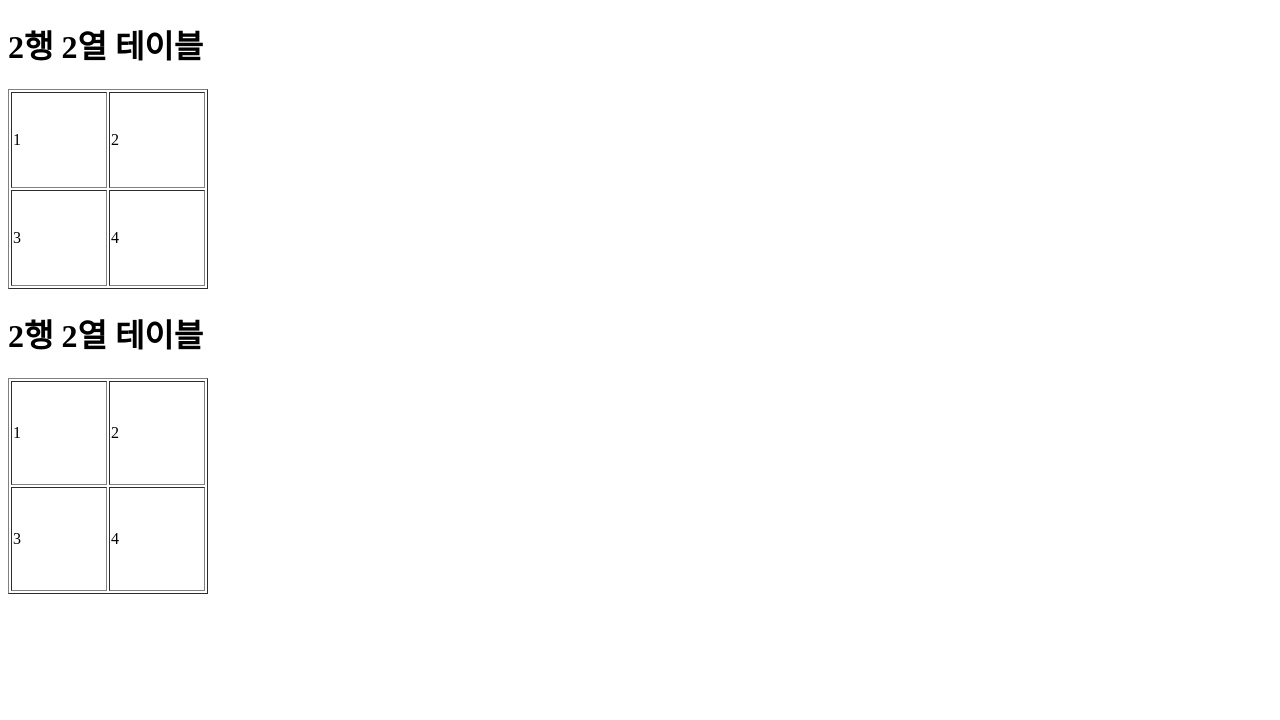
Repository: sujin9335/Front-end
Page: ClientTest/src/main/webapp/html/ex15_table.html
An editor plug-in stored every save of this project. The page is shown before and after the next save, followed by the edit.
The browser window is 1280 px wide. The pictures show the whole page.

Above is the page before, as saved 2023-09-21 00:33:03.

### ClientTest/src/main/webapp/html/ex15_table.html
<!DOCTYPE html>
<html>
<head>
<meta charset="UTF-8">
<title>Insert title here</title>
</head>
<body>

	<!--

		표, table

		1. <table>
			- 큰상자
			- 전체 컨테이너

		2. <tr>, table row
			- 중간 상자
			- 행 역할

		3. <td>, table data
			- 작은 상자
			- 쉘 역할
			- 데이털르 담는 역할



	-->


	<h1>2행 2열 테이블</h1>
	<table border="1" width="200" height="200">
		<tr>
			<td>1</td>
			<td>2</td>
		</tr>
		<tr>
			<td>3</td>
			<td>4</td>
		</tr>
	</table>



	<!-- *** 모든 셀의 너비의 합 == 테이블 너비 -->
	<!-- *** 모든 셀의 높이의 합 == 테이블 높이 -->
	<h1>2행 2열 테이블</h1>
	<table border="1" width="200" height="200">
		<tr>
			<td width="100"  height="100">1</td> <!-- width는 테이블크기 200내에서 해결함 -->
			<td width="100">2</td>
		</tr>
		<tr>
			<td height="100">3</td> <!-- heigth는 테이블크기가 늘어남 -->
			<td>4</td>
		</tr>
	</table>




</body>
</html>

After the next save:
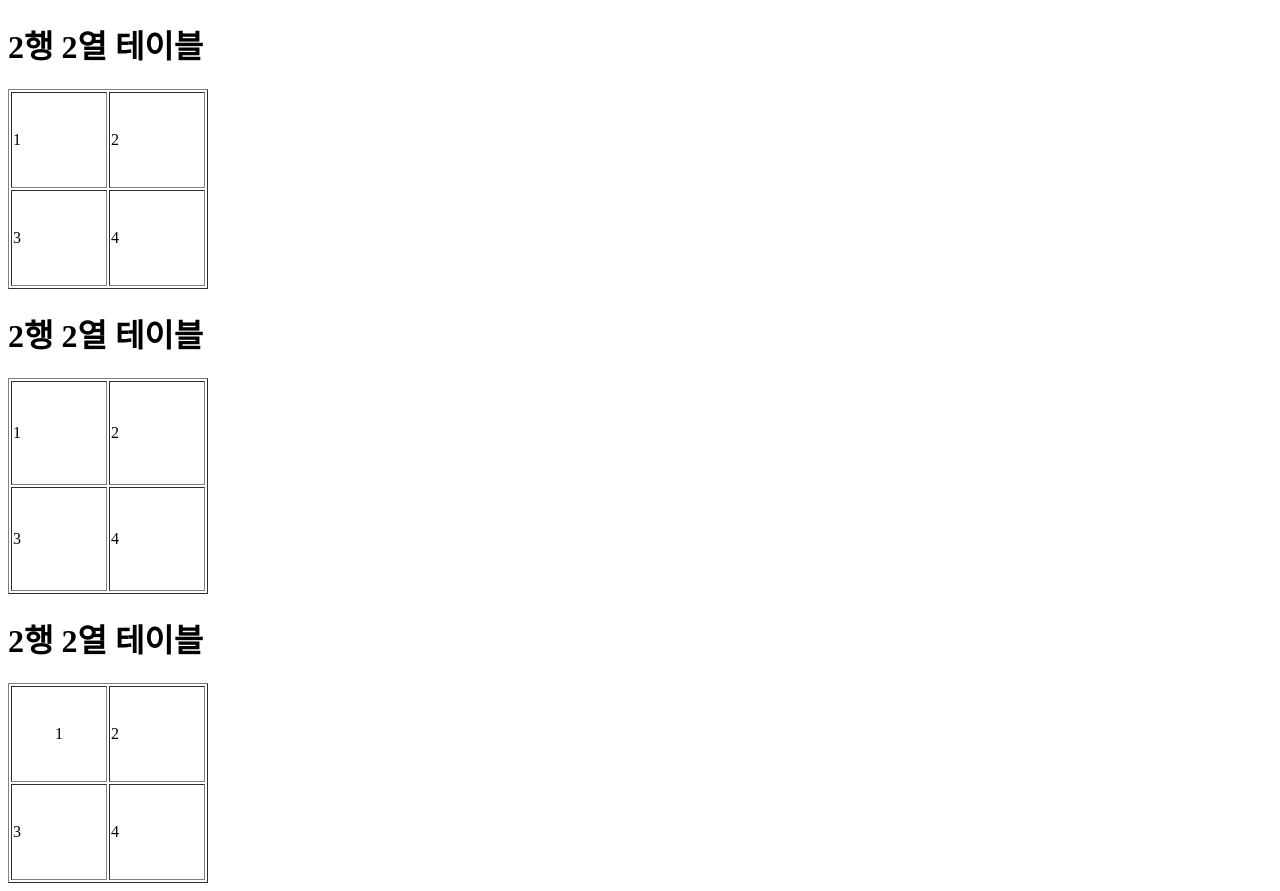
Saved 2 min 59 s later.
--- a/ClientTest/src/main/webapp/html/ex15_table.html
+++ b/ClientTest/src/main/webapp/html/ex15_table.html
@@ -57,6 +57,18 @@
 	</table>
 
 
+	<h1>2행 2열 테이블</h1>
+	<table border="1" width="200" height="200">
+		<tr>
+			<td align="center">1</td>
+			<td>2</td>
+		</tr>
+		<tr>
+			<td>3</td>
+			<td>4</td>
+		</tr>
+	</table>
+
 
 
 </body>
